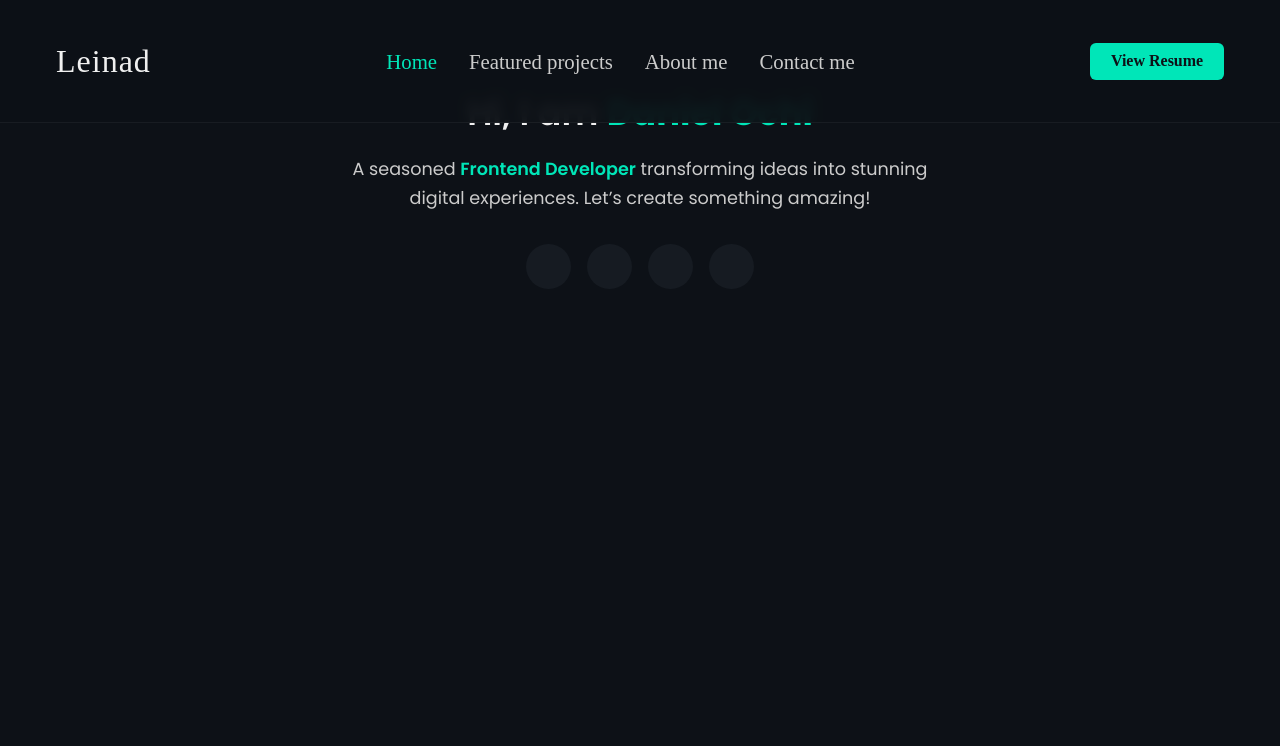
Repository: Austinokezie/Myportfolio
Page: index.html
The author's editor kept a copy of each file at every save. The page is drawn from the files as they stood at one save, then again after the next save.
The browser window is 1280 px wide. The pictures show the whole page.
Some web fonts or font styles are not loaded; a fallback is used.

Above is the page before, as saved 2025-10-14 13:18:59.

### index.html
<!DOCTYPE html>
<html lang="en">
<head>
    <meta charset="UTF-8">
    <meta name="viewport" content="width=device-width, initial-scale=1.0">
    <title>My Portfolio</title>
    <link rel="stylesheet" href="./style.css">
    <link rel="stylesheet" href="./mediaqueries.css">
    <link rel="stylesheet" href="./lib/css/bootstrap-grid.min.css">
    <link rel="stylesheet" href="./lib/js/bootstrap.bundle.min.js">
</head>
<body>
    <header>
        <nav class="navbar">
          <div class="logo">Leinad</div>

           <ul class="nav-links">
              <li><a href="#" class="active">Home</a></li>
              <li><a href="#">Featured projects</a></li>
              <li><a href="#">About me</a></li>
             <li><a href="#">Contact me</a></li>
           </ul>

          <a href="#" class="resume-btn">View Resume</a>
       </nav>
  </header>
    </nav>
   <section class="intro">
      <div class="intro-content">
         <h1>Hi, I am <span>Daniel Ochi</span></h1>
           <p>
              A seasoned <span class="highlight">Frontend Developer</span> transforming ideas into
              stunning digital experiences. Let’s create something amazing!
           </p>

          <div class="social-links">
              <a href="#" title="GitHub"><i class="fab fa-github"></i></a>
              <a href="#" title="Medium"><i class="fab fa-medium"></i></a>
              <a href="#" title="LinkedIn"><i class="fab fa-linkedin"></i></a>
             <a href="#" title="Twitter"><i class="fab fa-twitter"></i></a>
          </div>
       </div>
    </section>










         <!-- Arrow -->
        <!-- <div class="text-center mt-5">
           <img
             src="./Asset/icons8-arrow-down-100.png"
             alt="arrow icon"
             class="icon arrow img-fluid"
             style="width: 50px; cursor: pointer;"
             onclick="location.href='./experience'"
            >
       </div> -->





<!--
        <img src="./Asset/icons8-arrow-down-100.png" alt="arrow icon"
           class="icon arrow"
           onclick="location.href= './experience'"
        >  -->




















</body>
</html>

### style.css

@import url('https://fonts.googleapis.com/css2?family=Alan+Sans:wght@300..900&family=Poppins:ital,wght@0,100;0,200;0,300;0,400;0,500;0,600;0,700;0,800;0,900;1,100;1,200;1,300;1,400;1,500;1,600;1,700;1,800;1,900&display=swap');



*{
    margin: 0;
    padding: 0;


}


/* Reset some default styles */
* {
  margin: 0;
  padding: 0;
  box-sizing: border-box;
}

body {
  background-color: #0d1117;
  color: #f0f0f0;
  font-family: 'Poppins', sans-serif;
  display: flex;
  justify-content: center;
  align-items: center;
  height: 100vh;
}



/* === Navbar === */
header {
  width: 100%;
  background-color: rgba(13, 17, 23, 0.95);
  position: fixed;
  top: 0;
  left: 0;
  z-index: 10;
  backdrop-filter: blur(6px);
  border-bottom: 1px solid rgba(255, 255, 255, 0.05);
  font-family: serif;
}

.navbar {
  max-width: 1200px;
  margin: 0 auto;
  padding: 1rem 1rem;
  display: flex;
  justify-content: space-between;
  align-items: center;
}

/* Logo */
.logo {
  font-size: .5rem;
  font-weight: 200;
  font-family: serif;
  color: #f0f0f0;
  letter-spacing: 1px;
}

/* Navigation Links */
.nav-links {
  list-style: none;
  display: flex;
  gap: 1.5rem;
}

.nav-links a {
  text-decoration: none;
  color: #cccccc;
  font-weight: 100;
  transition: 0.3s ease;
  font-size: 1.3rem;
}

.nav-links a:hover {
  color: #00e6b8;
}

.nav-links a.active {
  color: #00e6b8;
}

/* Resume Button */
.resume-btn {
  background-color: #00e6b8;
  color: #0d1117;
  text-decoration: none;
  padding: 0.6rem 1.3rem;
  border-radius: 6px;
  font-weight: 600;
  transition: all 0.3s ease;
}

.resume-btn:hover {
  background-color: #00cfa4;
  transform: translateY(-2px);
}











/* Intro Section */
.intro {
  text-align: center;
  padding: 2rem;
  margin-top: 5rem;
}

.intro h1 {
  font-size: 2.2rem;
  margin-bottom: 1rem;
  font-weight: 600;
}

.intro h1 span {
  color: #00e6b8;
  font-weight: 700;
}

.intro p {
  font-size: 1.1rem;
  color: #cccccc;
  max-width: 600px;
  margin: 0 auto 2rem auto;
  line-height: 1.6;
}

.highlight {
  color: #00e6b8;
  font-weight: 600;
}

/* Social Icons */
.social-links {
  display: flex;
  justify-content: center;
  gap: 1rem;
}

.social-links a {
  display: flex;
  justify-content: center;
  align-items: center;
  background-color: #161b22;
  width: 45px;
  height: 45px;
  border-radius: 50%;
  font-size: 1.2rem;
  color: #00e6b8;
  transition: all 0.3s ease;
}

.social-links a:hover {
  background-color: #00e6b8;
  color: #0d1117;
  transform: translateY(-4px);
}

/* Responsive */
@media (max-width: 600px) {
  .intro h1 {
    font-size: 1.8rem;
  }

  .intro p {
    font-size: 1rem;
    padding: 0 1rem;
  }

  .social-links a {
    width: 40px;
    height: 40px;
    font-size: 1rem;
  }
}



@media (max-width: 400px) {
  body {
    padding: 0 1rem;
  }

  .intro h1 {
    font-size: 1.5rem;
    line-height: 1.3;
  }

  .intro p {
    font-size: 0.95rem;
    line-height: 1.5;
  }

  .social-links {
    gap: 0.7rem;
  }

  .social-links a {
    width: 38px;
    height: 38px;
    font-size: 0.9rem;
  }

  .intro {
    padding: 1.5rem 0.5rem;
  }
}


























































/* body {
  background: #f0f0f0;
} */
html{
    scroll-behavior:smooth ;
}
p{
    color: rgb(85, 85, 85);
}

/* Transition */

a, .btn{
    transition: all 300ms ease;
}

/* Desktop */

nav, .nav-links{
    display: flex;

}
nav{
    justify-content: space-around;
    align-items: center;
    height: 17vh;
}
.nav-links{
    gap: 2rem;
    list-style: none;
    font-size: 1.5rem;
}
a {
    color: black;
    text-decoration: none;
    text-decoration-color: white;
}
a:hover{
    color: grey;
    text-decoration: underline;
    text-underline-offset: 1rem;
    text-decoration-color: rgb(181 , 181, 181) ;
}
.logo{
    font-size: 2rem;
}
.logo:hover{
   cursor: default;
}
/* Hamburger */
#hamburger-nav{
    display: none;

}
.hamburger-menu{
    position: relative;
    display: inline-block;

}
.hamburger-icon{
    display: flex;
    flex-direction: column;
    justify-content: space-between;
    height: 24px;
    width: 30px;
    cursor: pointer;
}
.hamburger-icon span{
   width: 100%;
   height: 2px;
   background-color: black;
   transition: all 0.3 ease-in-out;
}
.menu-links{
    position: absolute;
    top: 100%;
    right: 0;
    width: fit-content;
    max-height: 0;
    overflow: hidden;
    transition: all 0.3 ease-in-out;

}
.menu-links a{
    display: block;
    padding: 10px;
    text-align: center;
    font-size: 1.5rem;
    color: black;
    text-decoration: none;
     transition: all 0.3 ease-in-out;
}
.menu-links li {
    list-style: none;

}
.menu-links.open{
    max-height: 300px;


}
.hamburger-icon.open span:first-child{
    transform: rotate(45deg) translate(10px, 5px);
}
.hamburger-icon.open span:nth-child(2){
  opacity: 0;
}
.hamburger-icon.open span:last-child{
    transform: rotate(-45deg) translate(10px, -5px);
}
.hamburger-icon.open span:first-child{
    transform: none;
}
.hamburger-icon.open span:first-child{
   opacity: 1;
}
.hamburger-icon.open span:first-child{
    transform: none;
}

/* section */
section{
    padding-top: 4vh;
    height: 96vh;
    margin: 0 10rem;
    box-sizing: border-box;
    min-height: fit-content;
}
.section-container{
    display: flex;
}
#profile{
    display: flex;
    justify-content: center;
    gap: 5rem;
    height: 80vh;
}
.section-pic-container{
    display: flex;
    height: 400px;
    margin: auto 0;
}
.section-pic-container img{
    width: 300px;
    height: 300px;
    border-radius: 50%;
    object-fit: cover;
    display: inline-block;
}
.section-text{
    align-self: center;
    text-align: center;
    margin-bottom: 20px;

}
.section-text-p{
    font-weight: 600;
}
.section-text-p1{
    text-align: center;
}
.intro-con.greet{
    font-size: 1.5rem;
}
.section-text-p2{
    font-size: 1.75rem;
    margin-bottom: 1rem;
}
.title{
    font-size: 3rem;
    text-align: center;
}
.socials-container{
    display: flex;
    justify-content: center;
    margin-top: 1rem;
    gap: 1rem;
}
/* ICON */
.icon{
    cursor: pointer;
    height: 2rem;
}
/* Buttons */
.btn-container{
    display: flex;
    justify-content: center;
    gap: 1rem;
}
.btn{
    font-weight: 600;
    transition: all 300ms ease;
    padding: .6rem;
    width: 8rem;
    border-radius: 2rem;

}
.btn-color-1, .btn-color-2{
    border: rgb(53, 53, 53) .1rem solid;
}
.btn-color-1:hover,
.btn-color-2:hover{
    cursor: pointer;
}
.btn-color-1,
.btn-color-2:hover{
    cursor: pointer;
    background: rgb(53, 53, 53);
    color: white;
}
.btn-color-1:hover{
    background: rgb(0, 0, 0);


}
.btn-color-2{
    background: none;

}
.btn-color-2:hover{
    border: rgb(255, 255, 255) .1rem solid;
}
.btn-container{
    gap: 1rem;
}

/* About section */


#about{
    position: relative;
    margin-top: 3.5rem;
}
.about-intro{
    margin-bottom: 20px;
}
.section_text_p1{
    text-align: center;
}

/* .about-containers{
    display: flex;
    flex-wrap: wrap;
    justify-content: center;
    gap: 2rem;
    margin-bottom: 2rem;
    margin-top: 2rem;
} */
/* .about-details-container{
    justify-content: center;
    flex-direction: column;
} */
.about-containers,
.about-details-container{
    /* display: flex; */
}
.about-details-container{
    display: block;
}
.about-pic{
    border-radius: 2rem;
    max-width: 400px;
    width: 100%;
    height: auto;
    object-fit: cover;
}
.arrow{
    position: absolute;
    right: -5rem;
    bottom: 2.5rem;
}
.details-container{

    padding: 1.5rem;
    /* flex: 1;  */
    background: white;
    border-radius: 2rem;
    border: rgb(53, 53, 53) 0.1rem solid;
    border-color: rgb(163, 163, 163);
    text-align: center;
}
.section_container{
    /* display: flex; */
    gap: 2rem;
    /* height: 70%; */

}
.section__pic-container{
   /* height: auto; */
   width: 100%;
   display: flex;
   justify-content: center;
   align-items: center;
}


.skill-card{
    display: flex;
    flex-direction: column;
    align-items: center;
    justify-content: center;
    padding: 20px;
    background: #fff;
    border-radius: 2px;
    box-shadow: 0 4px 4px rgba(0, 0, 0, 0.1);
    height: 55px;
}
.skill-card img{
    width: 40px;
    height: 40px;
    margin-bottom: 10px;
}



/* Experience section */
#experience{
    position: relative;
}
.experience-sub-title{
    color: rgb(85, 85, 85);
    font-weight: 600;
    font-size: 1.75rem;
    margin-bottom: 2rem;

}
.experience-details-container{
    display: flex;
    justify-content: center;
    flex-direction: column;

}
.article-container{
    display: flex;
    text-align: initial;
    flex-wrap: wrap;
    flex-direction: row;
    gap: 2.5rem;
    justify-content: space-around;
}
article{
    display: flex;
    width: 10rem;
    justify-content: space-around;
    gap: 0.5rem;

}
article .icon{
    cursor: default;
}


/* Projects Section */


#projects{
    position: relative;
}
.color-container{
    border-color: rgb(163, 163, 163);
    background: rgb(255, 255, 255);
}
.project-img{
   border-radius: 1rem;
   width: 100%;
   height: 100%;
}
.project-title{
    margin: 1rem;
    color: black;
}
.project-btn{
    color: black;
    border-color: rgb(163, 163, 163);
}
/* CONTACT */
#contact{
    display: flex;
    justify-content: center;
    flex-direction: column;
    height: 70vh;
}
.contact-info-upper-container{
    display: flex;
    justify-content: center;
    border-radius: 2rem;
    border: rgb(53, 53, 53) 0.1rem solid;
    background-color: rgb(163, 163, 163);
    background: rgb(250, 250, 250);
    margin: 2rem auto;
    padding: 0.5rem;

}
.contact-info-container{
    display: flex;
    align-items: center;
    justify-content: center;
    gap: 0.5rem;
    margin: 1rem;
}
.contact-info-container p{
    font-size: larger;
}
.contact-icon{
    cursor: default;
}

/* footer */
footer{
    height: 26vh;
    margin:  0 1 rem;
    color: #fff;
    background: #f9f9f9;
    box-shadow: 0 -4px 6px rgba(0, 0, 0, 0.2);

}
/* hr{
    width: 75%;
    margin: 20px auto;
    border-color: #333;

} */

.nav-links{
   color: rgb(85, 85, 85);
}
footer p{
    text-align: center ;
}

@media (max-width: 768px) {
  .arrow {
    position: static;
    margin: 2rem auto 0;
    display: block;
  }
}

@media (max-width: 992px) {
  .section_container {
    flex-direction: column;
    align-items: center;
  }

  .section__pic-container,
  .about-details-container {
    max-width: 100%;
  }

  .arrow {
    position: static;
    display: block;
    margin: 2rem auto 0;
  }
}

Loaded but not shown: lib/css/bootstrap-grid.min.css (library); lib/js/bootstrap.bundle.min.js (library); mediaqueries.css (empty)

After the next save:
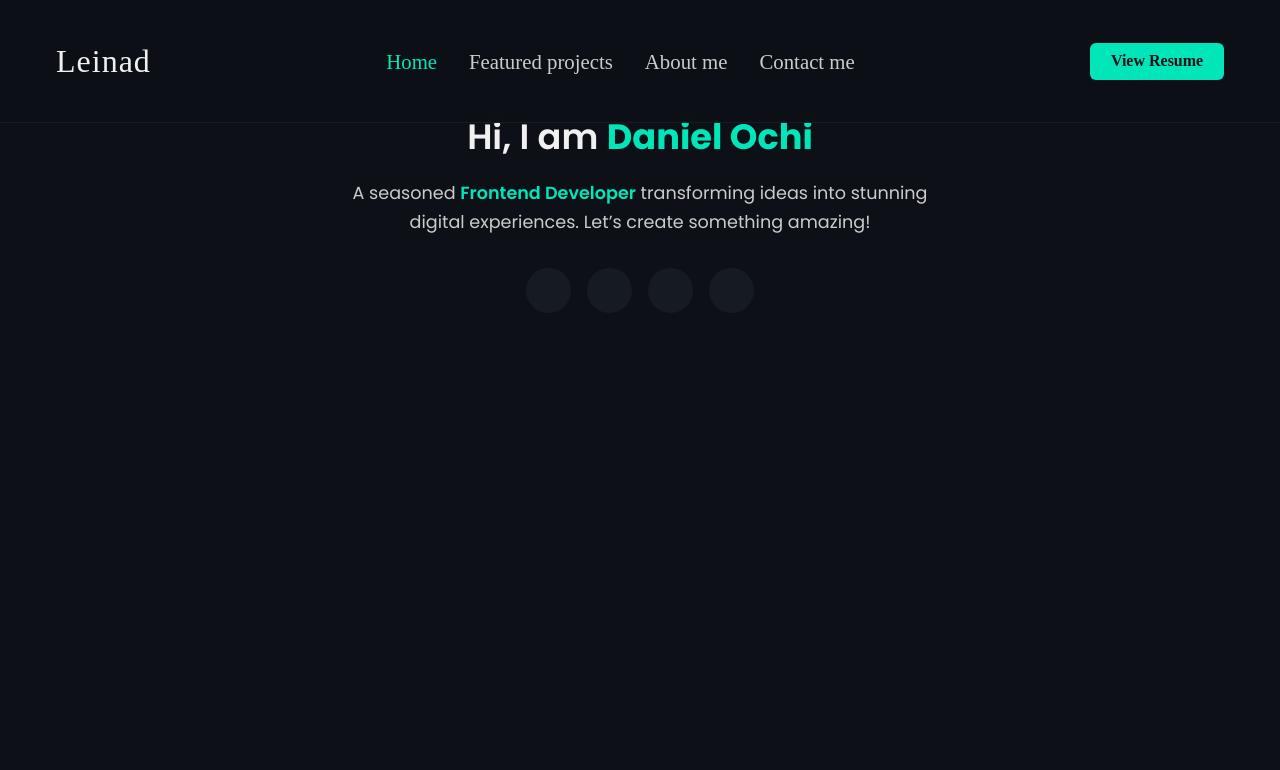
Saved 14 s later.
--- a/style.css
+++ b/style.css
@@ -114,7 +114,7 @@ header {
 .intro {
   text-align: center;
   padding: 2rem;
-  margin-top: 5rem;
+  margin-top: 8rem;
 }
 
 .intro h1 {
